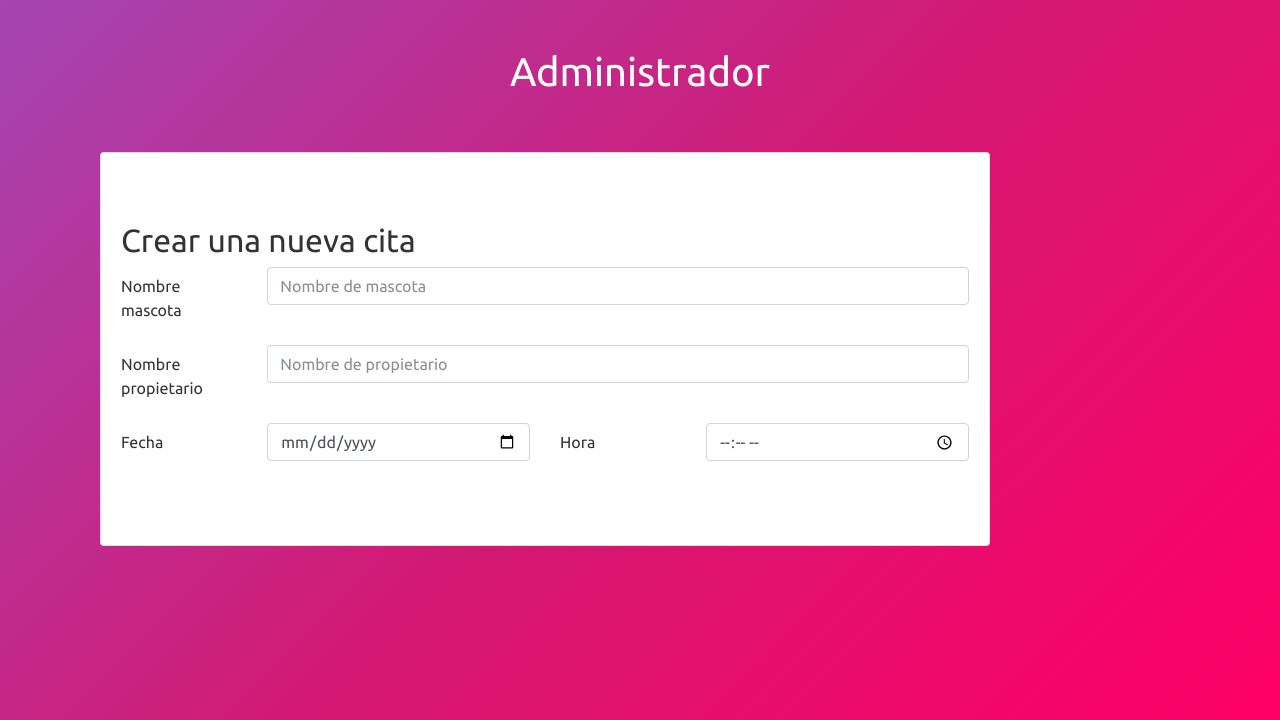
Repository: harrycampaz/react-veterinario-form
Page: /
An editor plug-in stored every save of this project. The page is shown before and after the next save, followed by the edit.
The browser window is 1280 px wide. The pictures show the whole page.
The project was rebuilt for these pictures with package versions that can differ from the ones it lists, and the page was loaded fresh each time.

Above is the page before, as saved 2020-01-16 14:21:36.

After the next save:
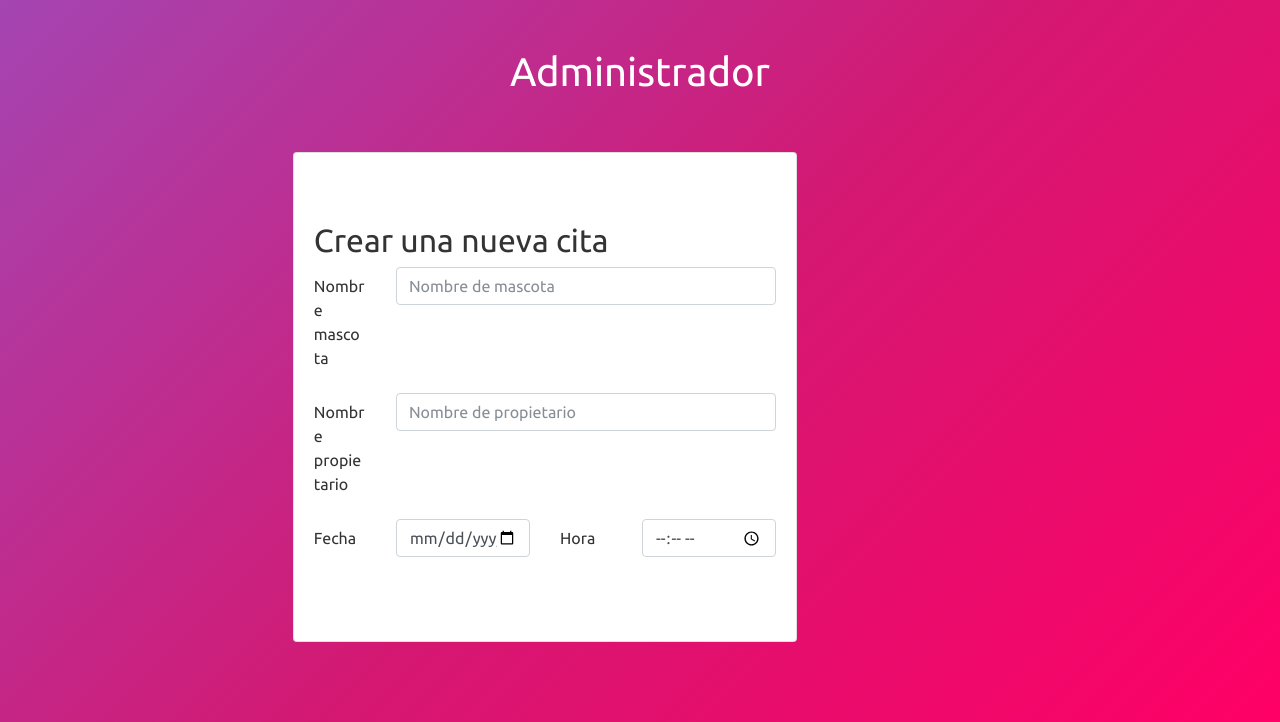
Saved 57 s later.
--- a/src/components/layout/NuevaCita.js
+++ b/src/components/layout/NuevaCita.js
@@ -3,7 +3,7 @@ import React, { Component } from "react";
 class NuevaCita extends Component {
   render() {
     return (
-      <div className= "container-fluid">
+      <div className= "row justify-content-md-center">
 
 
       <div className="card mt-5 py-5">
